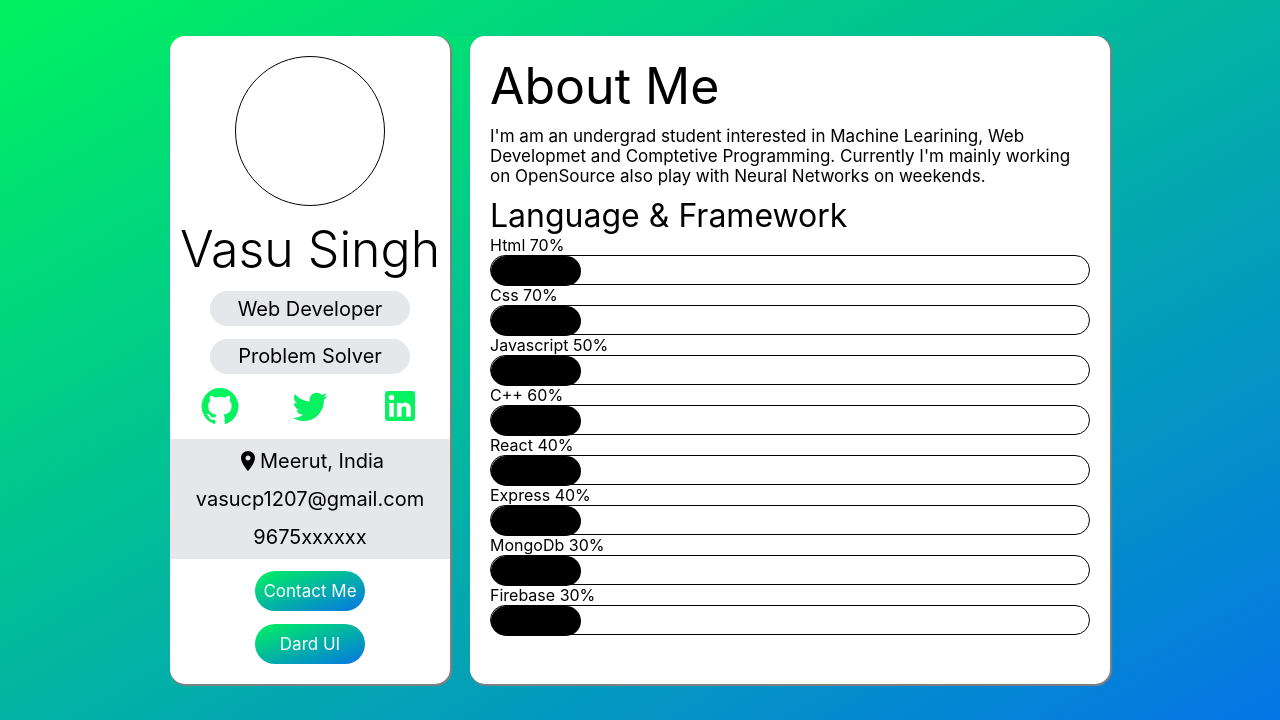
Repository: vasucp1207/grid-port
Page: /about
An editor plug-in stored every save of this project. The page is shown before and after a run of saves, followed by the edit.
The browser window is 1280 px wide. The pictures show the whole page.
Some web fonts or font styles are not loaded; a fallback is used. The project was rebuilt for these pictures with package versions that can differ from the ones it lists, and the page was loaded fresh each time. Also part of the build but not shown: src/pages/Home.js, src/pages/Projects.js.

Above is the page before, as saved 2022-08-17 01:46:24.

After the next 3 saves:
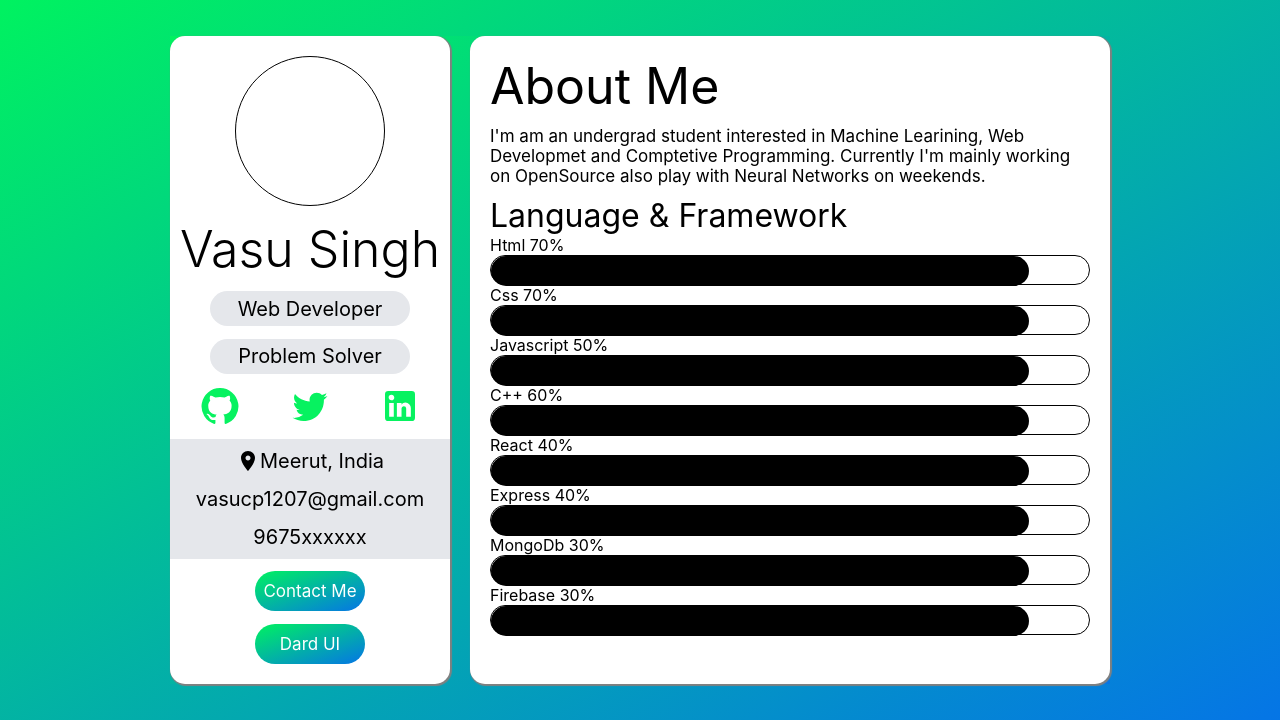
The 3 saves are shown as one change because they came seconds apart.
The last was saved 13 s later.
--- a/src/components/ProgressBar.js
+++ b/src/components/ProgressBar.js
@@ -11,7 +11,7 @@ function ProgressBar({lang, per}) {
                 <div class='c-bar'>
                     {/* <div class='c-fill' per={per}></div> */}
                     <motion.div className='fill'
-                        animate={{width: 90}}
+                        animate={{width: '90%'}}
                         transition={{duration: 2}}
                     >
                     </motion.div>
